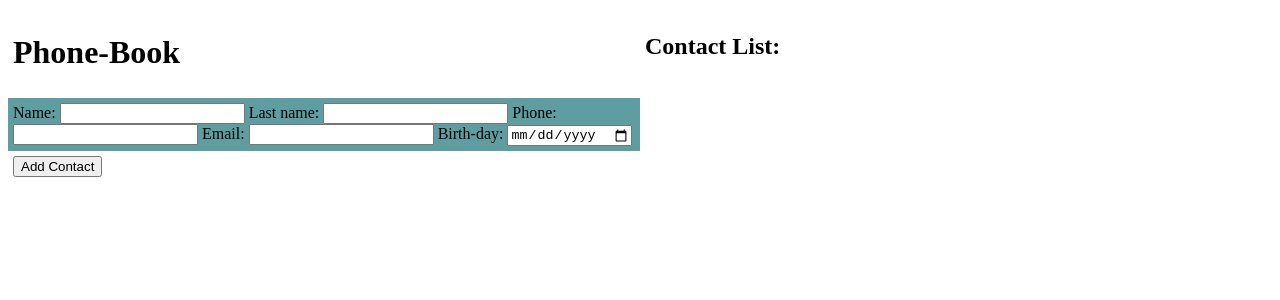
Repository: STA1357/Phone-book
Page: Inner.html
The author's editor kept a copy of each file at every save. The page is drawn from the files as they stood at one save, then again after the next save.
The browser window is 1280 px wide. The pictures show the whole page.

Above is the page before, as saved 2020-12-10 10:59:28.

After the next save:
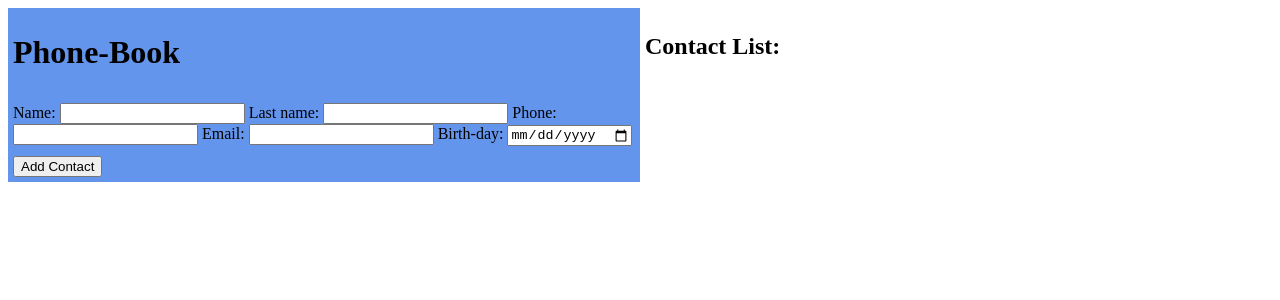
Saved 45 s later.
--- a/styles.css
+++ b/styles.css
@@ -9,11 +9,10 @@ body{
 
 form{
     width: 50%;
+    background-color: cornflowerblue;
 }
 
-main{
-    background-color: cadetblue;
-}
+
 
 
 
